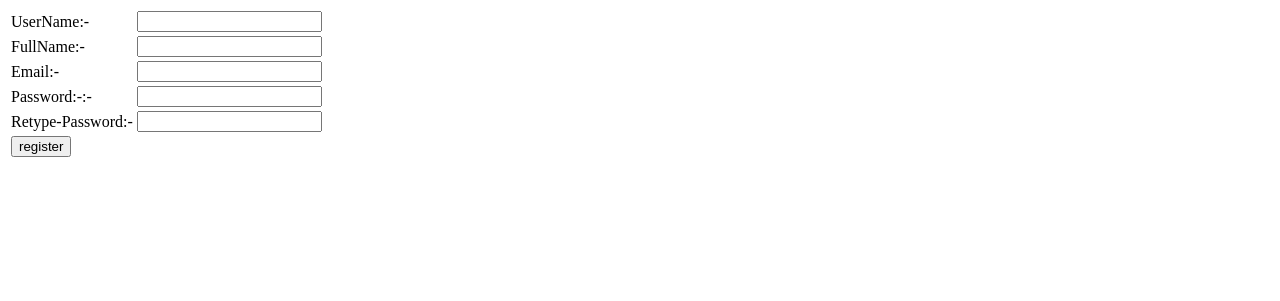
Repository: ShivrajMPujari/ServletApplication
Page: http://localhost/LoginRegistration/Registration.jsp
These files come from the project's save history. The page is drawn as it stood at one moment and after the next save; the edit follows.
The browser window is 1280 px wide. The pictures show the whole page.
The page is served by Tomcat 9.

Above is the page before, as saved 2018-07-11 10:23:00.

After the next save:
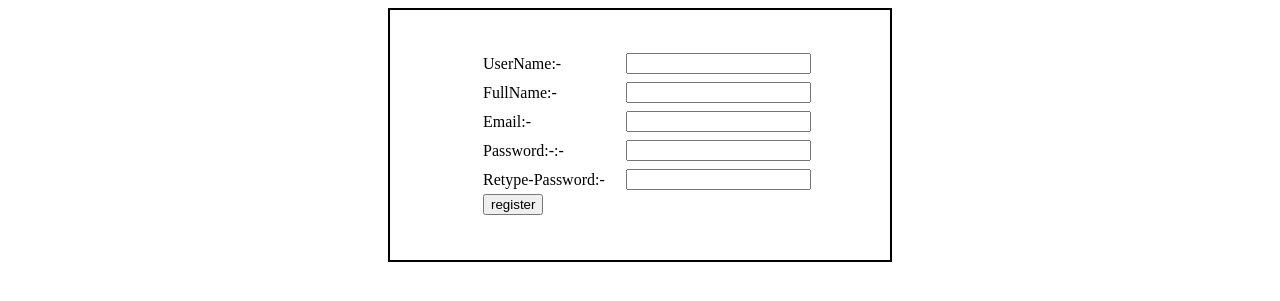
Saved 96 min 50 s later.
--- a/LoginRegistration/src/main/webapp/Registration.jsp
+++ b/LoginRegistration/src/main/webapp/Registration.jsp
@@ -5,32 +5,82 @@
 <head>
 <meta http-equiv="Content-Type" content="text/html; charset=UTF-8">
 <title>Insert title here</title>
+<link rel="stylesheet" href="index.css">
+<script type="text/javascript">
+  validation =function (){
+
+  var userName = document.registerForm.userName.value;
+  var pass1 = document.registerForm.pass1.value;
+  var pass2 = document.registerForm.pass2.value;
+  var email = document.registerForm.emailId.value;
+  console.log(email);
+  var emailRegEx = /^([a-zA-Z0-9_\.\-])+\@(([a-zA-Z0-9\-])+\.)+([a-zA-Z0-9]{2,4})+$/;
+  if(userName.length>4 && pass1===pass2 && emailRegEx.test(email)){
+
+    return true;
+
+  }
+
+  if(userName.length<4){
+    document.getElementById("username").innerHTML="username must contain more then 3 characters";
+  }
+  if (pass1!=pass2){
+    document.getElementById("password").innerHTML="password doesn't matches plz enter again";
+  }
+  if(!emailRegEx.test(email)){
+    document.getElementById("email").innerHTML="invalid email entered";
+  }
+  return false;
+  }
+
+
+</script>
+
 </head>
 <body>
 <div class="tableDiv">
-<form action="registerUser" method="post">
-<table>
+<form action="registerUser" method="post" name="registerForm" onsubmit="return validation()">
+<table class="loginTabel">
   <tr>
 
     <td> UserName:- </td>
-    <td> <input type="text" name="userName"> </td>
+    <td> <input type="text" name="userName" required> </td>
   </tr>
+
+  <tr>
+
+    <td colspan="2"> <span id="username" class="message"></span> </td>
+
+  </tr>
+
     <tr>
     <td> FullName:- </td>
-    <td> <input type="text" name="fullName"> </td>
-  </tr>
+    <td> <input type="text" name="fullName" required> </td>
+    </tr>
+
+    <tr><td colspan="2"> </td></tr>
+
   <tr>
     <td> Email:- </td>
-    <td> <input type="text" name="email"> </td>
+    <td> <input type="text" name="emailId" required> </td>
   </tr>
+
+  <tr>
+    <td colspan="2"><span id="email" class="message"></span></td>
+  </tr>
+
   <tr>
     <td> Password:-:- </td>
-    <td> <input type="password" name="pass1"> </td>
+    <td> <input type="password" name="pass1" required> </td>
   </tr>
+
+    <tr><td colspan="2"> <span id="password" class="message" ></span>  </td></tr>
+
   <tr>
     <td> Retype-Password:- </td>
-    <td> <input type="password" name="pass2"> </td>
+    <td> <input type="password" name="pass2" required> </td>
   </tr>
+
    <tr>
     <td colspan="2"> <input type="submit" value="register"> </td>
   </tr>
@@ -40,7 +90,5 @@
 </form>
 </div>
 
-
-
 </body>
 </html>
